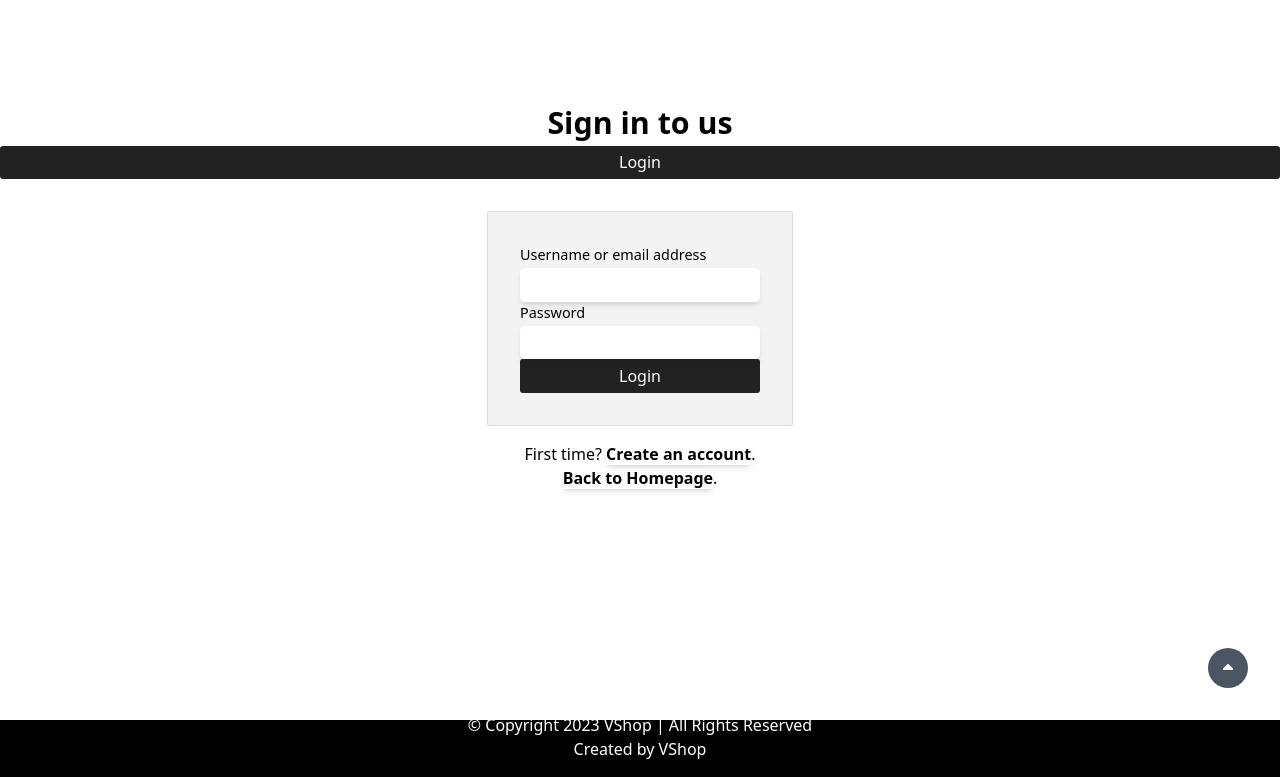
Repository: Kith933UTH/VSHOP
Page: /login
The author's editor kept a copy of each file at every save. The page is drawn from the files as they stood at one save, then again after the next save.
The browser window is 1280 px wide. The pictures show the whole page.
Pictures or frames that could not be fetched are drawn as grey boxes. The project was rebuilt for these pictures with package versions that can differ from the ones it lists, and the page was loaded fresh each time. Also part of the build but not shown: src/components/product-item/ProductItem.js, src/components/loader/Loader.js, src/constants/constants.js, src/components/product-filters/Category.js, src/components/product-filters/Price.js, src/components/product-filters/Rating.js, src/components/product-filters/ProductFilters.js, src/components/cart-shopping/CartEmpty.js and 22 more.

Above is the page before, as saved 2023-08-05 13:09:43.

After the next save:
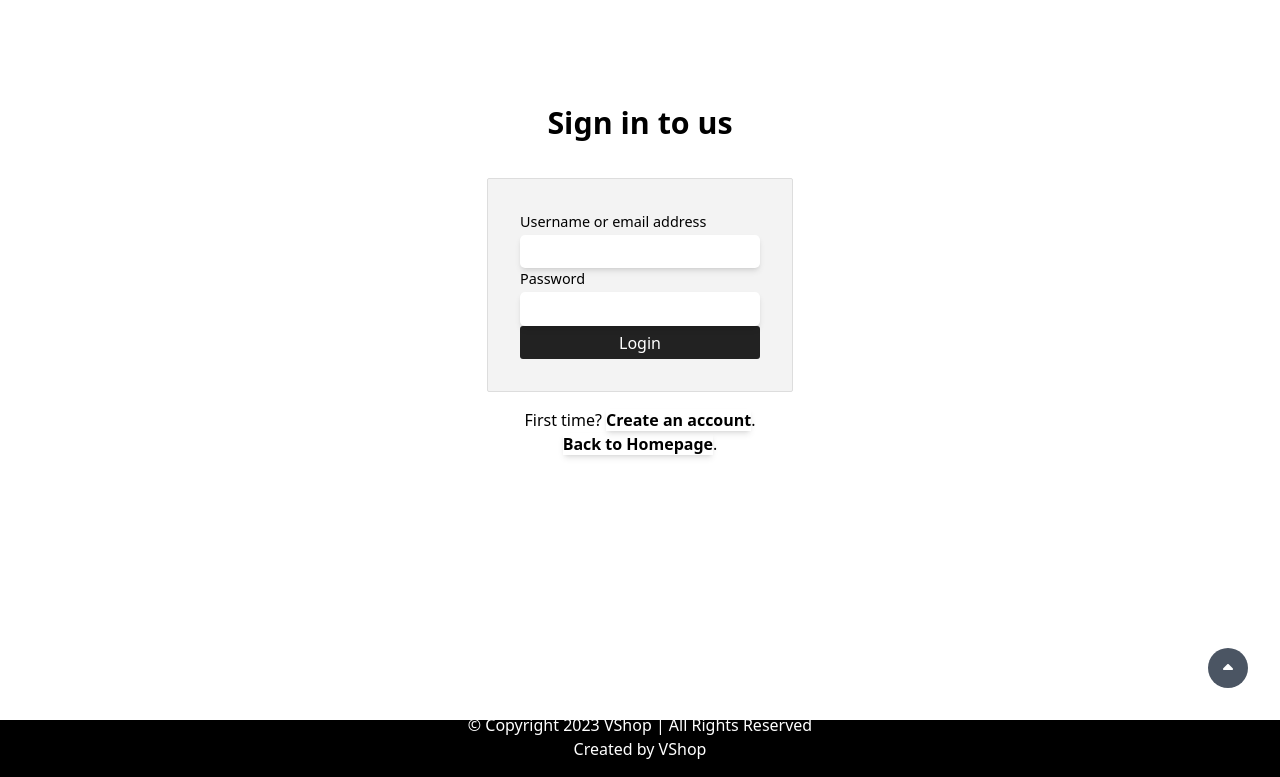
Saved 23 s later.
--- a/src/components/login/LoginPage.js
+++ b/src/components/login/LoginPage.js
@@ -14,9 +14,6 @@ export function LoginPage() {
     return (
         <div className="login-page text-center m-5-auto">
             <h2>Sign in to us</h2>
-            <p>
-                    <button id="sub_btn" onClick={toggleLog}>Login</button>
-                </p>
             <form action="/private">
                 <p>
                     <label>Username or email address</label><br/>
@@ -28,7 +25,7 @@ export function LoginPage() {
                     <input className='shadow-md' type="password" name="password" required />
                 </p>
                 <p>
-                    <button id="sub_btn" onClick={toggleLogin}>Login</button>
+                    <button id="sub_btn" onClick={toggleLog}>Login</button>
                 </p>
             </form>
             <footer>
